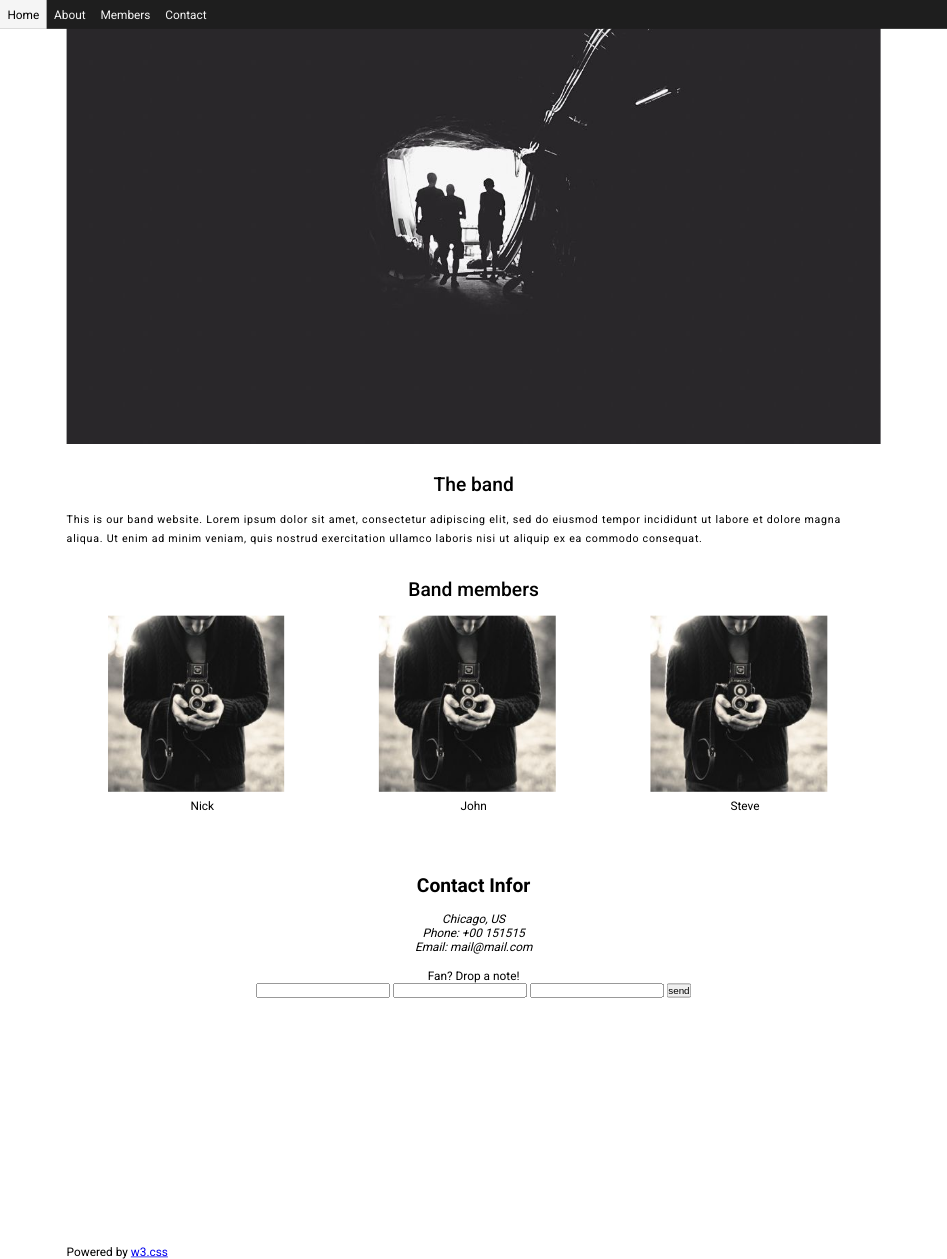
Repository: hieu-22/w3_band_UI
Page: index.html
The author's editor kept a copy of each file at every save. The page is drawn from the files as they stood at one save, then again after the next save.
The browser window is 1280 px wide. The pictures show the whole page, at 74% of full size.

Above is the page before, as saved 2022-12-30 10:21:16.

### index.html
<!DOCTYPE html>
<html lang="en">
<head>
    <meta charset="UTF-8">
    <meta http-equiv="X-UA-Compatible" content="IE=edge">
    <meta name="viewport" content="width=device-width, initial-scale=1.0">
    <title>The band - by w3school</title>
    <link rel="stylesheet" href="assets/css/style.css">
    <link rel="preconnect" href="https://fonts.googleapis.com"><link rel="preconnect" href="https://fonts.gstatic.com" crossorigin><link href="https://fonts.googleapis.com/css2?family=Roboto:wght@100;300;400;500;700&display=swap" rel="stylesheet">
</head>
<body>
    <header class="header">
        <nav class="navigation-bar">
            <ul class="navigation-bar__list">
                <li class="navigation-bar__list-item">
                    Home
                </li>
                <li class="navigation-bar__list-item">
                    About
                </li>
                <li class="navigation-bar__list-item">
                    Members
                </li>
                <li class="navigation-bar__list-item">
                    Contact
                </li>
            </ul>
        </nav>
        <div class="banner"></div>
    </header>

    <main class="content">
        <div class="content__about">
            <h2 class="content__about-name">The band</h2>
            <p class="content__about-description"> This is our band website. Lorem ipsum dolor sit amet, consectetur adipiscing elit, sed do eiusmod tempor incididunt ut labore et dolore magna aliqua. Ut enim ad minim veniam, quis nostrud exercitation ullamco laboris nisi ut aliquip ex ea commodo consequat.
            </p>
        </div>
        <!-- end about -->

        <div class="content__members">
            <h2 class="content__members-header">Band members</h2>
            <div class="content__members-container">
                <div class="member">
                    <div class="member__img">
                        <img src="/assets/img/img_bandmember.jpg" alt="band member">
                    </div>
                    <p class="member__name">Nick</p>
                </div>
                <!-- member1 -->
                <div class="member">
                    <div class="member__img">
                        <img src="/assets/img/img_bandmember.jpg" alt="band member">
                    </div>
                    <p class="member__name">John</p>
                </div>
                <!-- member2 -->
                <div class="member">
                    <div class="member__img">
                        <img src="/assets/img/img_bandmember.jpg" alt="band member">
                    </div>
                    <p class="member__name">Steve</p>
                </div>
                <!-- member3 -->
            </div>
        </div>
        <!-- end members -->
        <div class="content__contact-infor">
            <h2 class="contact-infor__header">Contact Infor</h2>
            <address class="contact-infor__address">
                Chicago, US</br>
                Phone: +00 151515</br>
                Email: mail@mail.com
            </address>
            <p>Fan? Drop a note!</p>
            <form action="#">
                <input type="text">
                <input type="email">
                <input type="text">
                <button>send</button>
            </form>
            <div class="contact-infor__banner"></div>
        </div>
    </main>

    <footer>
        <p>Powered by <a href="#">w3.css</a></p>
    </footer>
</body>
</html>

### assets/css/style.css
* {
    box-sizing: border-box;
    padding: 0;
    margin: 0;

}

html {
    font-family: 'Roboto', sans-serif;
    font-size: 16px;
    width: 1100px;
    margin: auto;
}

.header {
    height: 600px;
}

.navigation-bar {
    position: absolute;
    top: 0;
    left: 0;
    width: 100%;
    background-color: rgb(30, 30, 30);
}

.navigation-bar__list {
    display: flex;
    justify-content: flex-start;
    align-items: center;
    border-radius: 2px;
    list-style-type: none;
}

.navigation-bar__list-item {
    padding: 10px;
    color: whitesmoke;
}
.navigation-bar__list-item:hover {
    background-color: whitesmoke;
    color: black;
    cursor: pointer;
}

.banner {
    height: 100%;
    width: auto;
    background-image: url('../img/img_la.jpg');
    background-size: cover;
}
/* main content */
.content__about {
    margin-top: 20px;
}

.content__about-name {
    font-weight: 500;
    text-align: center;
    font-size: 26px;
    padding: 20px 0;
}

.content__about-description {
    letter-spacing: 1px;
    line-height: 26px;
    font-size: 0.9rem;
}
/* end about */

.content__members {
    height: 400px;
    margin-top: 20px;
}
.content__members-header {
    font-weight: 500;
    text-align: center;
    width: 100%;
    padding: 20px 0;
    font-size: 26px;
}
.content__members-container {
    display: flex;
    justify-content: space-around;
}

.member__img {
    height: 80%;
}

.member__img img {
    height: 100%;
}

.member__name {
    text-align: center;
    padding: 10px;
}
/* end member */

.content__contact-infor {
    height: 500px;
    margin-top: 20px;
    text-align: center;
}

.content__contact-infor .contact-infor__header {
    margin: 20px 0;
    font-size: 26px;
}

.content__contact-infor .contact-infor__address {
    margin: 20px 0;
}

After the next save:
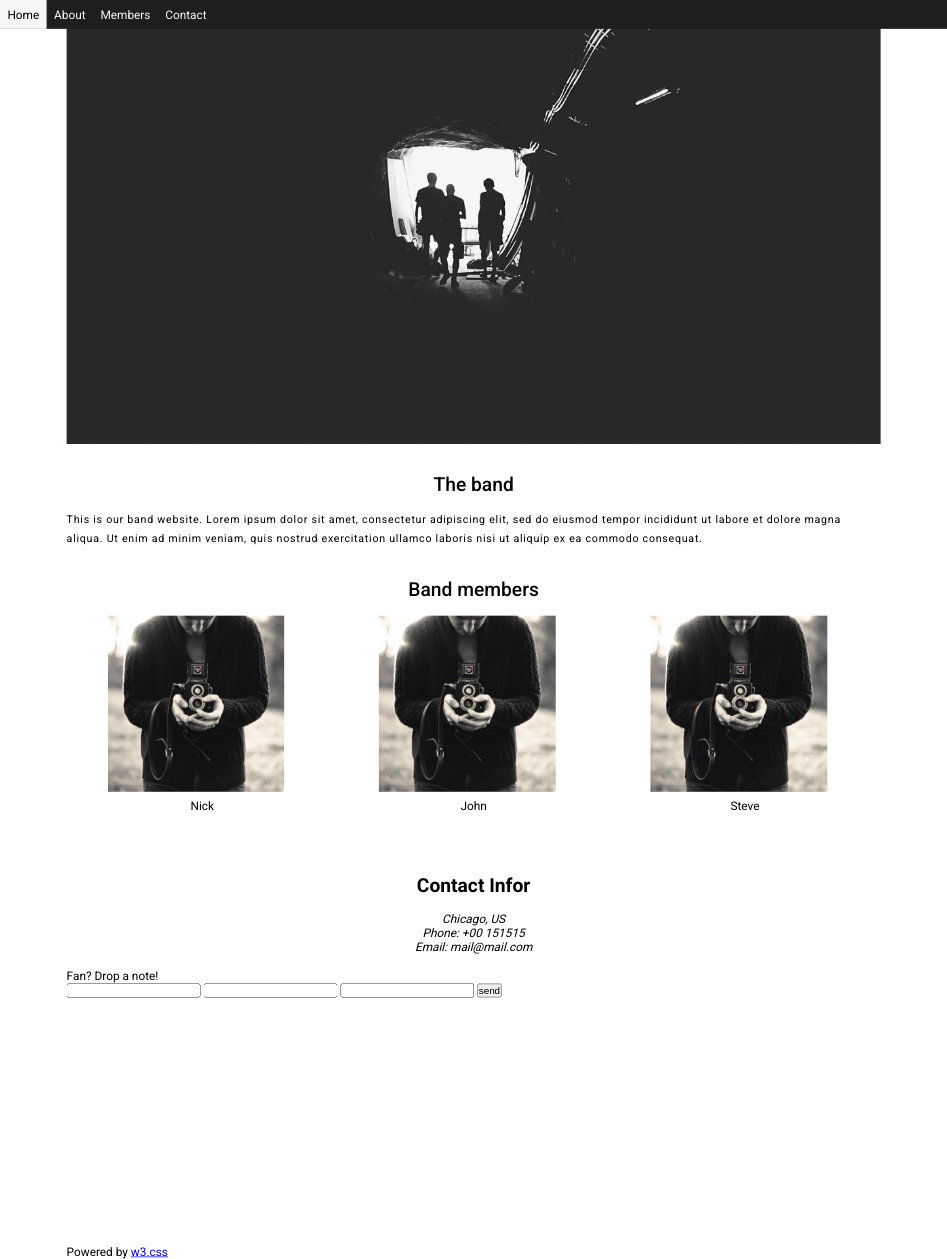
Saved 20 s later.
--- a/assets/css/style.css
+++ b/assets/css/style.css
@@ -100,14 +100,15 @@ html {
 .content__contact-infor {
     height: 500px;
     margin-top: 20px;
-    text-align: center;
 }
 
 .content__contact-infor .contact-infor__header {
     margin: 20px 0;
+    text-align: center;
     font-size: 26px;
 }
 
 .content__contact-infor .contact-infor__address {
     margin: 20px 0;
+    text-align: center;
 }
